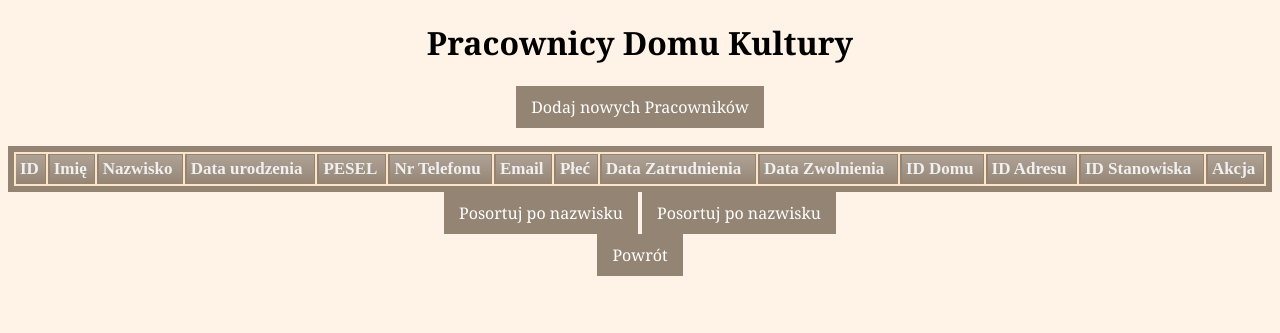
Repository: marcinRuta/houseOfCulture-crud-webapp-database
Page: http://localhost/pracownicy
The author's editor kept a copy of each file at every save. The page is drawn from the files as they stood at one save, then again after the next save.
The browser window is 1280 px wide. The pictures show the whole page.
The page is this project's Thymeleaf template; nobody is signed in. The template is opened directly, without the code that normally fills it, so the values that code supplies are empty.

Above is the page before, as saved 2021-01-14 10:53:49.

### DomKultury/src/main/resources/templates/pracownicy.html
<!DOCTYPE html>
<html xmlns="http://www.w3.org/1999/xhtml"
	xmlns:th="http://www.thymeleaf.org">
<head>
<meta charset="UTF-8">
<title>Aplikacja do obsługi Domu Kultury</title>
<link rel="stylesheet" href="../static/css/tabele.css" th:href="@{/css/tabele.css}" >
</head>
<body>

	<div align="center">
		<!--  Page header  -->
		<h1>Pracownicy Domu Kultury</h1>
		<a href="/newP">Dodaj nowych Pracowników</a>
		<br/>	<br/>


		<!-- Table -->
			<table class="cinereousTable">

			<!-- Entry to a new page -->


			<!-- Table header -->
			<thead>
				<tr>
					<th>ID</th>
					<th>Imię</th>
					<th>Nazwisko</th>
					<th>Data urodzenia</th>
					<th>PESEL</th>
					<th>Nr Telefonu</th>
					<th>Email</th>
					<th>Płeć</th>
					<th>Data Zatrudnienia</th>
					<th>Data Zwolnienia</th>
					<th>ID Domu</th>
					<th>ID Adresu</th>
					<th>ID Stanowiska</th>
					<th>Akcja</th>
				</tr>
			</thead>

			<!-- Table body-->
			<tbody>
				<tr th:each="Pracownicy : ${listPracownicy}">
					<td th:text="${Pracownicy.ID_Pracownika}">ID_Pracownika</td>
					<td th:text="${Pracownicy.Imie}">Imie</td>
					<td th:text="${Pracownicy.Nazwisko}">Nazwisko</td>
					<td th:text="${Pracownicy.Data_urodzenia}">Data_urodzenia</td>
					<td th:text="${Pracownicy.PESEL}">PESEL</td>
					<td th:text="${Pracownicy.NR_Telefonu}">NR_Telefonu</td>
					<td th:text="${Pracownicy.Email}">Email</td>
					<td th:text="${Pracownicy.Plec}">Plec</td>
					<td th:text="${Pracownicy.Data_Zatrudnienia}">Data_Zatrudnienia</td>
					<td th:text="${Pracownicy.Data_Zwolnienia}">Data_Zwolnienia</td>
					<td th:text="${Pracownicy.ID_Domu}">ID_Domu</td>
					<td th:text="${Pracownicy.ID_Adresu}">ID_Adresu</td>
					<td th:text="${Pracownicy.ID_Stanowiska}">ID_Stanowiska</td>

					<td><a th:href="@{'/editP/' + ${Pracownicy.ID_Pracownika}}">Edit</a>
						&nbsp;&nbsp;&nbsp;&nbsp;
					<a th:href="@{'/deleteP/' +${Pracownicy.ID_Pracownika}}">Delete</a></td>
				</tr>
			</tbody>
		</table>
		<a th:href="@{/P}">Posortuj po nazwisku</a>
		<a th:href="@{/RefreshPNazw}">Posortuj po nazwisku</a>

		<br/>
		<!-- EXIT -->
		<a href="/tables">Powrót</a>

	</div>
</body>
</html>

### DomKultury/src/main/resources/static/css/tabele.css

table.cinereousTable {
  border: 6px solid #948473;
  background-color: #FFE3C6;
  width: 100%;
  text-align: center;
}
table.cinereousTable td, table.cinereousTable th {
  border: 1px solid #948473;
  padding: 4px 4px;
}
table.cinereousTable tbody td {
  font-size: 13px;
}
table.cinereousTable thead {
  background: #948473;
  background: -moz-linear-gradient(top, #afa396 0%, #9e9081 66%, #948473 100%);
  background: -webkit-linear-gradient(top, #afa396 0%, #9e9081 66%, #948473 100%);
  background: linear-gradient(to bottom, #afa396 0%, #9e9081 66%, #948473 100%);
}
table.cinereousTable thead th {
  font-size: 17px;
  font-weight: bold;
  color: #F0F0F0;
  text-align: left;
  border-left: 2px solid #948473;
}
table.cinereousTable thead th:first-child {
  border-left: none;
}

table.cinereousTable tfoot td {
  font-size: 16px;
}

body {
  background-color: #FFF3E7;
}
h1 {
  color: black;
  font-family: Georgia, serif;
}
p {
  color: black;
}
a:link, a:visited {
  background-color: #948473;
  color: white;
  padding: 10px 15px;
  text-align: center;
  text-decoration: none;
  display: inline-block;
  font-family: Georgia, serif;
}

a:hover, a:active {
  background-color: 948473;
}
.button {
  background-color: #948473; /* Green */
  border: none;
  color: white;
  padding: 10px 14px;
  text-align: center;
  text-decoration: none;
  display: inline-block;
  font-size: 16px;
  font-family: Georgia, serif;
  transition-duration: 0.4s;
}

.button:hover {
 background-color: #3D362F ;
  border: none;
  color: white;
  padding: 10px 11px;
  text-align: center;
  text-decoration: none;
  display: inline-block;
  font-size: 16px;
  font-family: Georgia, serif;

}

After the next save:
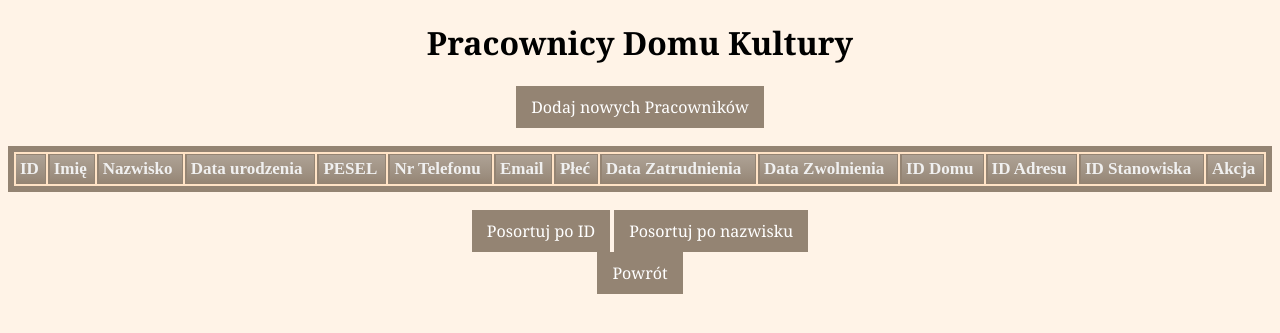
Saved 13 s later.
--- a/DomKultury/src/main/resources/templates/pracownicy.html
+++ b/DomKultury/src/main/resources/templates/pracownicy.html
@@ -64,7 +64,8 @@
 				</tr>
 			</tbody>
 		</table>
-		<a th:href="@{/P}">Posortuj po nazwisku</a>
+		<br/>
+		<a th:href="@{/P}">Posortuj po ID</a>
 		<a th:href="@{/RefreshPNazw}">Posortuj po nazwisku</a>
 
 		<br/>
